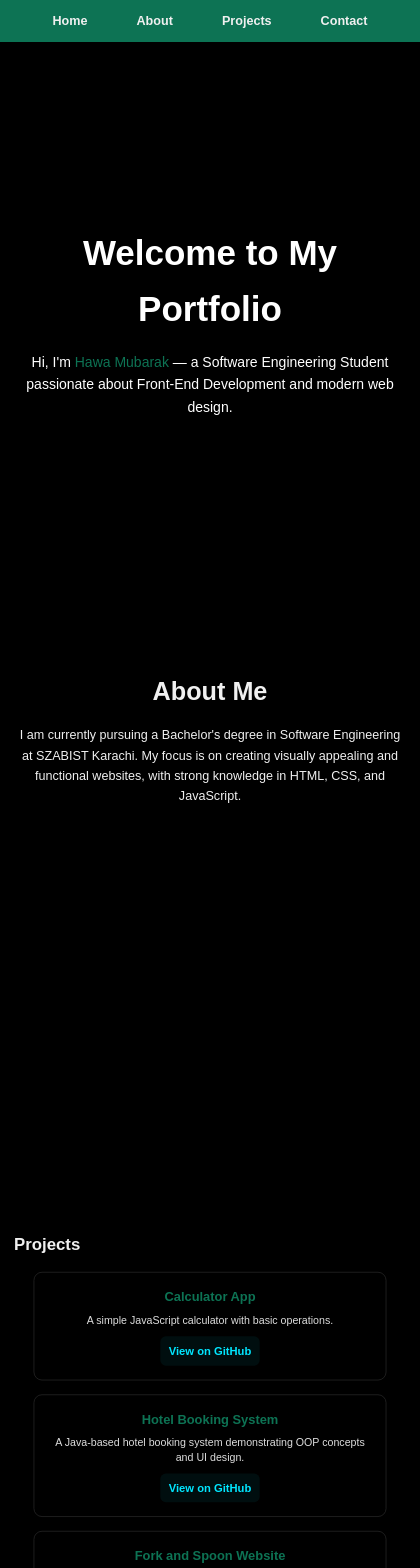
Repository: hawamubarakk/my-portfolio
Page: index.html
The author's editor kept a copy of each file at every save. The page is drawn from the files as they stood at one save, then again after the next save.
The browser window is 600 px wide. The pictures show the part of the page from y = 0 to 2240 px (the page is 3458 px tall before and 3506 px after), at 70% of full size.

Above is the page before, as saved 2025-08-12 18:06:29.

### index.html
<!DOCTYPE html>
<html lang="en">
<head>
    <meta charset="UTF-8">
    <meta name="viewport" content="width=device-width, initial-scale=1.0">
    <title>Hawa Mubarak - Portfolio</title>
    <link rel="stylesheet" href="css/style.css">
</head>
<body>
    <!-- Navbar -->
    <header>
        <nav>
            <ul class="navbar">
                <li><a href="#home">Home</a></li>
                <li><a href="#about">About</a></li>
                <li><a href="#projects">Projects</a></li>
                <li><a href="#contact">Contact</a></li>
            </ul>
        </nav>
    </header>

    <!-- Hero Section -->
    <section id="home" class="hero">
        <div class="hero-content">
            <h1>Welcome to My Portfolio</h1>
            <p>Hi, I'm <span>Hawa Mubarak</span> — a Software Engineering Student passionate about Front-End Development and modern web design.</p>
        </div>
    </section>

    <!-- About Section -->
    <section id="about" class="section">
        <h2>About Me</h2>
        <p>I am currently pursuing a Bachelor's degree in Software Engineering at SZABIST Karachi. My focus is on creating visually appealing and functional websites, with strong knowledge in HTML, CSS, and JavaScript.</p>
    </section>

    <!-- Projects Section -->
    <section id="projects" class="section">
        <h1>Projects</h1>

        <div class="projects-grid">
          <div class="project">
            <h3>Calculator App</h3>
            <p>A simple JavaScript calculator with basic operations.</p>
            <a href="https://github.com/hawamubarakk/Calculator" target="_blank" rel="noopener">View on GitHub</a>
          </div>

          <div class="project">
            <h3>Hotel Booking System</h3>
            <p>A Java-based hotel booking system demonstrating OOP concepts and UI design.</p>
            <a href="https://github.com/hawamubarakk/HotelBooking-System" target="_blank" rel="noopener">View on GitHub</a>
          </div>

          <div class="project">
            <h3>Fork and Spoon Website</h3>
            <p>A restaurant website designed using HTML and CSS with responsive design.</p>
            <a href="https://github.com/hawamubarakk/fork-and-spoon" target="_blank" rel="noopener">View on GitHub</a>
          </div>

          <div class="project">
            <h3>Rock Paper Scissors Game</h3>
            <p>An interactive game built with HTML, CSS, and JavaScript to practice DOM manipulation and game logic.</p>
            <a href="https://github.com/hawamubarakk/rock-paper-scissors" target="_blank" rel="noopener">View on GitHub</a>
          </div>
        </div>
      </section>

    <!-- Contact Section -->
    <section id="contact" class="section contact-section">
        <h2>Contact Me</h2>
        <div class="contact-boxes">
            <div class="contact-box">
                <h3>LinkedIn</h3>
                <a href="https://www.linkedin.com/in/hawa-mubarak-b0a2b7376/" target="_blank" rel="noopener">https://www.linkedin.com/in/hawa-mubarak-b0a2b7376/</a>
            </div>
            <div class="contact-box">
                <h3>GitHub</h3>
                <p><a href="https://github.com/hawamubarakk" target="_blank" rel="noopener">https://github.com/hawamubarakk</a></p>
            </div>
            <div class="contact-box">
                <h3>Email</h3>
                <p><a href="mailto:hawamubarak007@gmail.com">hawamubarak007@gmail.com</a></p>
            </div>
        </div>
    </section>

</body>
</html>

### css/style.css
/* General Reset */
* {
    margin: 0;
    padding: 0;
    box-sizing: border-box;
}

body {
    font-family: Arial, sans-serif;
    background-color: black;
    color: white;
    line-height: 1.6;
}

header {
    background-color:#0d7354; /* Black background */
    position: sticky;
    top: 0;
    z-index: 1000; /* Always on top */
  }

  .navbar {
    display: flex;
    justify-content: center;
    gap: 40px; /* Space between links */
    list-style: none;
    margin: 0;
    padding: 15px 0;
  }

  .navbar li a {
    color: #f0f0f0; /* Light text */
    font-size: 18px;
    font-weight: bold;
    text-decoration: none;
    padding: 10px 15px;
    border-radius: 5px;
    transition: all 0.3s ease;
  }

  .navbar li a:hover {
    background-color: #0d7354; /* Orange hover */
    color: #000; /* Text black on hover */
  }

/* Hero Section */
.hero {
    height: 100vh;
    background: linear-gradient(rgba(0,0,0,0.7), rgba(0,0,0,0.7)), center/cover no-repeat;
    display: flex;
    justify-content: center;
    align-items: center;
    text-align: center;
    padding: 20px;
}

.hero h1 {
    font-size: 50px;
    margin-bottom: 20px;
}

.hero p {
    font-size: 20px;
}

.hero span {
    color: #0d7354;
}

/* Section Styling */

.section {
    padding: 100px 20px; /* Zyada top-bottom space */
    min-height: 100vh; /* Full screen height */
    background-color: #000; /* Dark background for contrast */
    color: #f0f0f0;
  }

  .section h2 {
    font-size: 36px;
    margin-bottom: 20px;
    text-align: center;
  }

  .section p {
    font-size: 18px;
    line-height: 1.6;
    max-width: 800px;
    margin: auto;
    text-align: center;
  }
/* Contact & Project Boxes */
.contact-boxes, .project-boxes {
    display: flex;
    justify-content: center;
    gap: 20px;
    flex-wrap: wrap;
    margin-top: 20px;
}

.contact-box, .project-box {
    background: #000;
    padding: 20px;
    width: 250px;
    border-radius: 10px;
    transition: transform 0.3s ease, background 0.3s ease;
}



.contact-box h3, .project-box h3 {
    margin-bottom: 10px;
    color: #0d7354;
}
.contact-box a, .project-box a {
    color: white;
    text-decoration: none;
    display: block; /* full width link */
    word-wrap: break-word; /* break long links */
    overflow-wrap: break-word; /* better support */
}

.contact-box a:hover, .project-box a:hover {
    color: #0d7354;
}

.contact-box a:hover, .project-box a:hover {
    color: #0d7354;
}


.projects-grid {
    display: flex;
    flex-wrap: wrap;
    gap: 20px;
    justify-content: center; /* center the row of cards */
    margin-top: 20px;
  }

  /* each project card */
  .project {
    background: #000;           /* dark card */
    border: 1px solid #2a2a2a;  /* subtle border */
    width: 320px;               /* fixed card width */
    padding: 20px;
    border-radius: 12px;
    box-shadow: 0 6px 18px rgba(0,0,0,0.6);
    transition: transform 0.25s ease, box-shadow 0.25s ease, background 0.25s ease;
    text-align: center;
  }

  /* card hover */
  .project:hover {
    transform: translateY(-8px);
    box-shadow: 0 18px 40px rgba(0,0,0,0.7);
    background: linear-gradient(180deg, #111, #222);
  }

  /* headings and description inside card */
  .project h3 {
    margin: 0 0 8px 0;
    color: #0d7354; /* warm accent */
    font-size: 1.15rem;
  }

  .project p {
    margin: 0 0 12px 0;
    color: #ddd;
    font-size: 0.95rem;
    line-height: 1.4;
  }

  /* link styling — make it stay inside card and wrap correctly */
  .project a {
    display: inline-block;           /* block-like but keeps flow */
    color: #00e6ff;
    text-decoration: none;
    font-weight: 600;
    word-break: break-word;          /* prevents overflow for long URLs */
    overflow-wrap: anywhere;
    padding: 8px 12px;
    border-radius: 8px;
    background: rgba(0,230,255,0.06);
    transition: background 0.18s ease, color 0.18s ease;
  }

  .project a:hover {
    background: #00e6ff;
    color: #000;
  }

  /* responsive tweak: smaller screens use full width cards */
  @media (max-width: 720px) {
    .project {
      width: 90%;
    }
  }

After the next save:
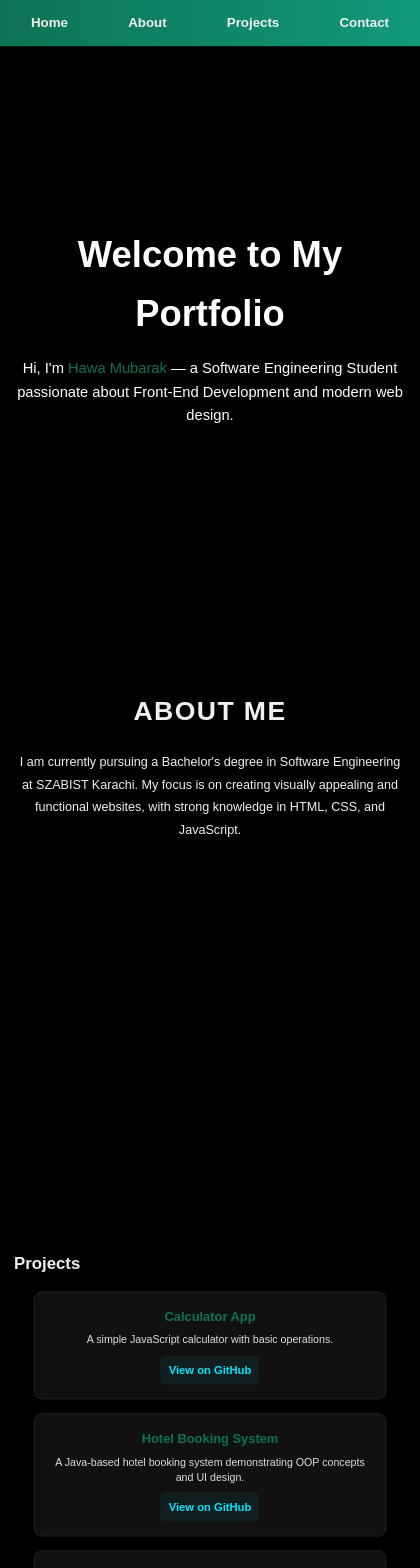
Saved 2 min 3 s later.
--- a/css/style.css
+++ b/css/style.css
@@ -12,36 +12,37 @@ body {
     line-height: 1.6;
 }
 
+/* Navbar */
 header {
-    background-color:#0d7354; /* Black background */
+    background: linear-gradient(90deg, #0d7354, #11997a);
     position: sticky;
     top: 0;
-    z-index: 1000; /* Always on top */
-  }
+    z-index: 1000;
+    box-shadow: 0 2px 6px rgba(0, 0, 0, 0.4);
+}
 
-  .navbar {
+.navbar {
     display: flex;
     justify-content: center;
-    gap: 40px; /* Space between links */
+    gap: 50px;
     list-style: none;
-    margin: 0;
-    padding: 15px 0;
-  }
+    padding: 18px 0;
+}
 
-  .navbar li a {
-    color: #f0f0f0; /* Light text */
-    font-size: 18px;
+.navbar li a {
+    color: #f0f0f0;
+    font-size: 19px;
     font-weight: bold;
     text-decoration: none;
-    padding: 10px 15px;
-    border-radius: 5px;
+    padding: 10px 18px;
+    border-radius: 6px;
     transition: all 0.3s ease;
-  }
+}
 
-  .navbar li a:hover {
-    background-color: #0d7354; /* Orange hover */
-    color: #000; /* Text black on hover */
-  }
+.navbar li a:hover {
+    background-color: white;
+    color: #0d7354;
+}
 
 /* Hero Section */
 .hero {
@@ -55,12 +56,12 @@ header {
 }
 
 .hero h1 {
-    font-size: 50px;
+    font-size: 52px;
     margin-bottom: 20px;
 }
 
 .hero p {
-    font-size: 20px;
+    font-size: 21px;
 }
 
 .hero span {
@@ -68,27 +69,29 @@ header {
 }
 
 /* Section Styling */
+.section {
+    padding: 120px 20px; /* zyada space for bigger look */
+    min-height: 100vh;
+    background-color: #000;
+    color: #f0f0f0;
+}
 
-.section {
-    padding: 100px 20px; /* Zyada top-bottom space */
-    min-height: 100vh; /* Full screen height */
-    background-color: #000; /* Dark background for contrast */
-    color: #f0f0f0;
-  }
+.section h2 {
+    font-size: 38px;
+    margin-bottom: 25px;
+    text-align: center;
+    text-transform: uppercase;
+    letter-spacing: 2px;
+}
 
-  .section h2 {
-    font-size: 36px;
-    margin-bottom: 20px;
-    text-align: center;
-  }
-
-  .section p {
+.section p {
     font-size: 18px;
-    line-height: 1.6;
-    max-width: 800px;
+    line-height: 1.8;
+    max-width: 850px;
     margin: auto;
     text-align: center;
-  }
+}
+
 /* Contact & Project Boxes */
 .contact-boxes, .project-boxes {
     display: flex;
@@ -99,99 +102,88 @@ header {
 }
 
 .contact-box, .project-box {
-    background: #000;
+    background: #111;
     padding: 20px;
     width: 250px;
-    border-radius: 10px;
+    border-radius: 12px;
+    border: 1px solid #1f1f1f;
     transition: transform 0.3s ease, background 0.3s ease;
 }
-
-
 
 .contact-box h3, .project-box h3 {
     margin-bottom: 10px;
     color: #0d7354;
 }
+
 .contact-box a, .project-box a {
     color: white;
     text-decoration: none;
-    display: block; /* full width link */
-    word-wrap: break-word; /* break long links */
-    overflow-wrap: break-word; /* better support */
+    display: block;
+    word-wrap: break-word;
 }
 
 .contact-box a:hover, .project-box a:hover {
     color: #0d7354;
 }
 
-.contact-box a:hover, .project-box a:hover {
-    color: #0d7354;
-}
-
-
+/* Projects Grid */
 .projects-grid {
     display: flex;
     flex-wrap: wrap;
     gap: 20px;
-    justify-content: center; /* center the row of cards */
+    justify-content: center;
     margin-top: 20px;
-  }
+}
 
-  /* each project card */
-  .project {
-    background: #000;           /* dark card */
-    border: 1px solid #2a2a2a;  /* subtle border */
-    width: 320px;               /* fixed card width */
+.project {
+    background: #111;
+    border: 1px solid #2a2a2a;
+    width: 320px;
     padding: 20px;
     border-radius: 12px;
     box-shadow: 0 6px 18px rgba(0,0,0,0.6);
     transition: transform 0.25s ease, box-shadow 0.25s ease, background 0.25s ease;
     text-align: center;
-  }
+}
 
-  /* card hover */
-  .project:hover {
+.project:hover {
     transform: translateY(-8px);
     box-shadow: 0 18px 40px rgba(0,0,0,0.7);
-    background: linear-gradient(180deg, #111, #222);
-  }
+    background: linear-gradient(180deg, #111, #1b1b1b);
+}
 
-  /* headings and description inside card */
-  .project h3 {
+.project h3 {
     margin: 0 0 8px 0;
-    color: #0d7354; /* warm accent */
+    color: #0d7354;
     font-size: 1.15rem;
-  }
+}
 
-  .project p {
+.project p {
     margin: 0 0 12px 0;
     color: #ddd;
     font-size: 0.95rem;
     line-height: 1.4;
-  }
+}
 
-  /* link styling — make it stay inside card and wrap correctly */
-  .project a {
-    display: inline-block;           /* block-like but keeps flow */
+.project a {
+    display: inline-block;
     color: #00e6ff;
     text-decoration: none;
     font-weight: 600;
-    word-break: break-word;          /* prevents overflow for long URLs */
-    overflow-wrap: anywhere;
+    word-break: break-word;
     padding: 8px 12px;
     border-radius: 8px;
     background: rgba(0,230,255,0.06);
     transition: background 0.18s ease, color 0.18s ease;
-  }
+}
 
-  .project a:hover {
+.project a:hover {
     background: #00e6ff;
     color: #000;
-  }
+}
 
-  /* responsive tweak: smaller screens use full width cards */
-  @media (max-width: 720px) {
+@media (max-width: 720px) {
     .project {
-      width: 90%;
+        width: 90%;
     }
-  }
+}
